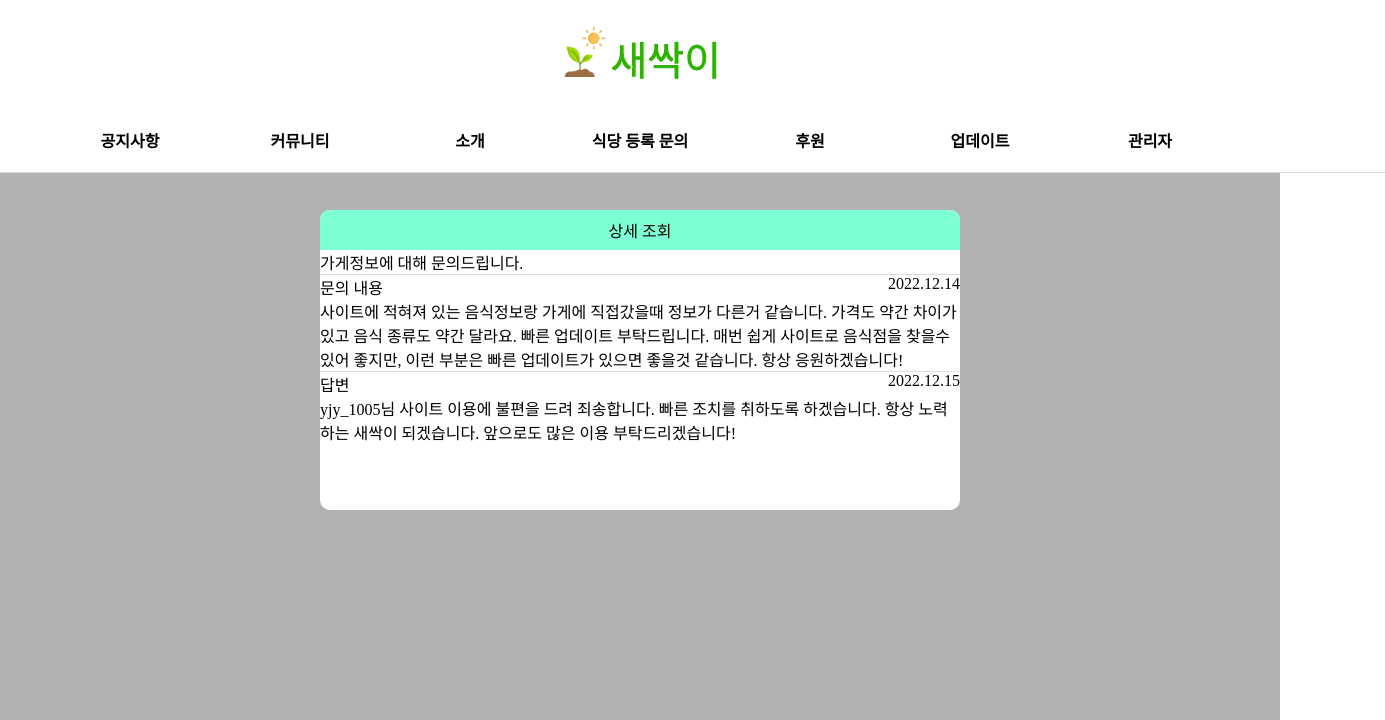
Repository: Seedye/Seedye
Page: team/src/main/webapp/html/board/board-view.html
The author's editor kept a copy of each file at every save. The page is drawn from the files as they stood at one save, then again after the next save.
The browser window is 1280 px wide. The page is 1385 px wide, so the pictures cover 1385 px, including what lies to the right of the window. The pictures show the whole page.
Some web fonts or font styles are not loaded; a fallback is used. Some web libraries are served in a nearby version.

Above is the page before, as saved 2022-12-15 11:22:58.

After the next save:
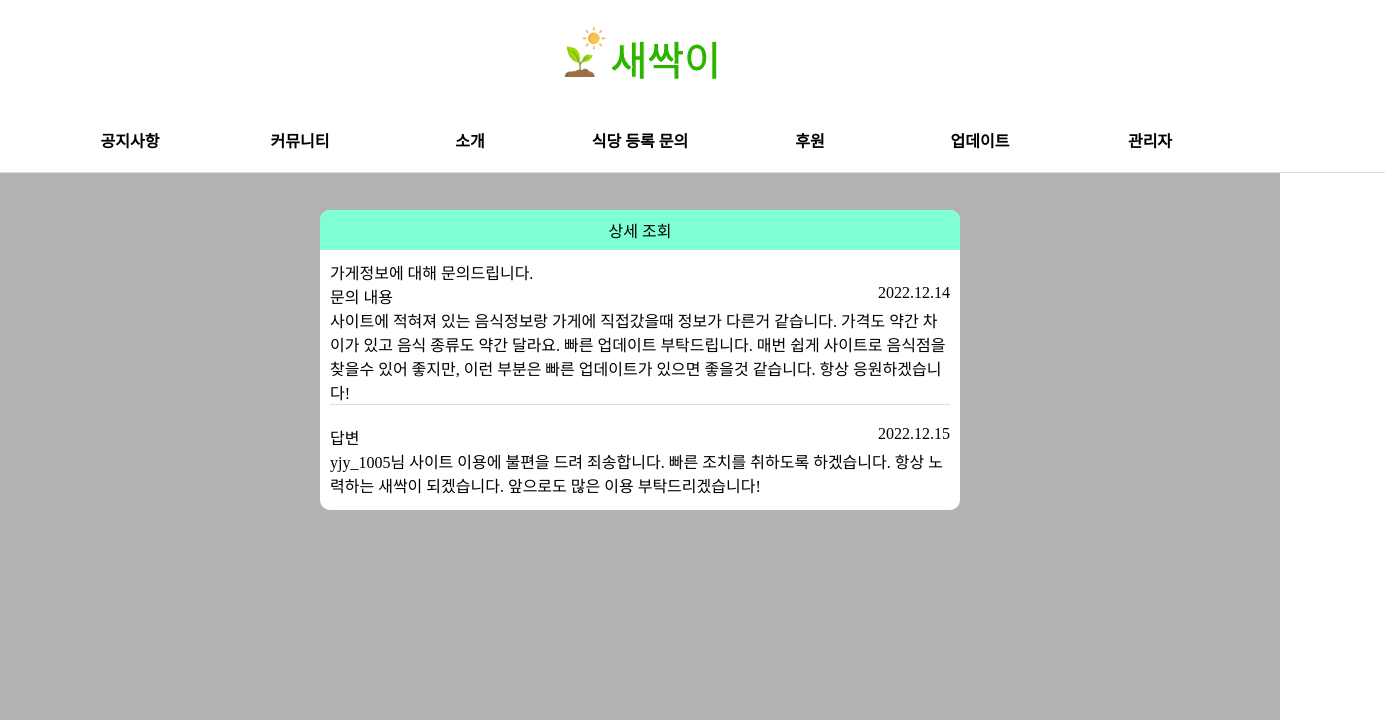
Saved 20 s later.
--- a/team/src/main/webapp/html/board/board-view.html
+++ b/team/src/main/webapp/html/board/board-view.html
@@ -41,8 +41,9 @@
         <p>상세 조회</p>
       </div>
       <!-- /* 상세보기 내용 */ -->
-      <div class="board-view-content">
+      <div class="board-view-content-conment">
           <p>가게정보에 대해 문의드립니다.</p>
+
         <div class="board-view-content-detail">
           <div class="board-view-content-content">
             <p>문의 내용</p>
@@ -67,7 +68,7 @@
           </div> -->
         </div>
       </div>
-      <div class="board-view-conment">
+      <div class="board-view-content-conment">
         <div class="board-view-content-content">
           <p>답변</p>
           <p>2022.12.15</p>

After the save that followed:
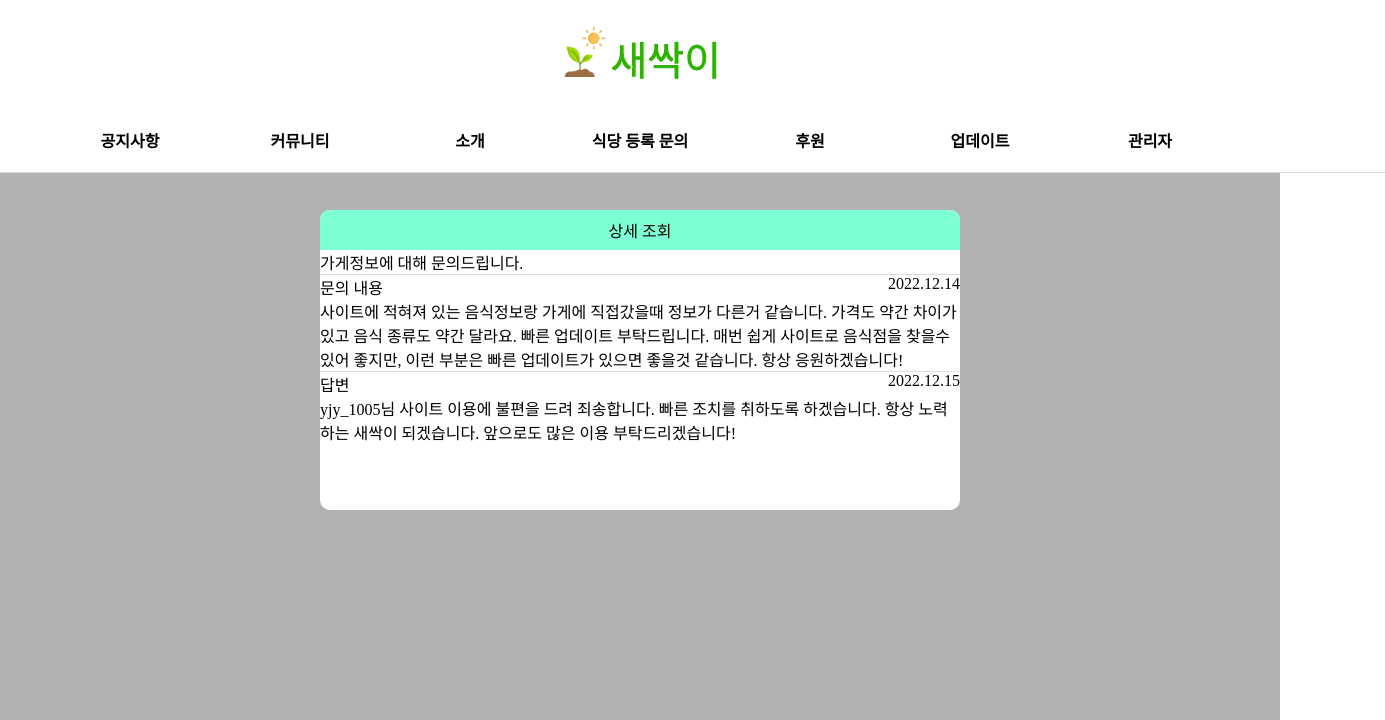
Saved 6 s later.
--- a/team/src/main/webapp/html/board/board-view.html
+++ b/team/src/main/webapp/html/board/board-view.html
@@ -41,7 +41,7 @@
         <p>상세 조회</p>
       </div>
       <!-- /* 상세보기 내용 */ -->
-      <div class="board-view-content-conment">
+      <div class="board-view-content">
           <p>가게정보에 대해 문의드립니다.</p>
 
         <div class="board-view-content-detail">
@@ -68,7 +68,7 @@
           </div> -->
         </div>
       </div>
-      <div class="board-view-content-conment">
+      <div class="board-view-conment">
         <div class="board-view-content-content">
           <p>답변</p>
           <p>2022.12.15</p>
